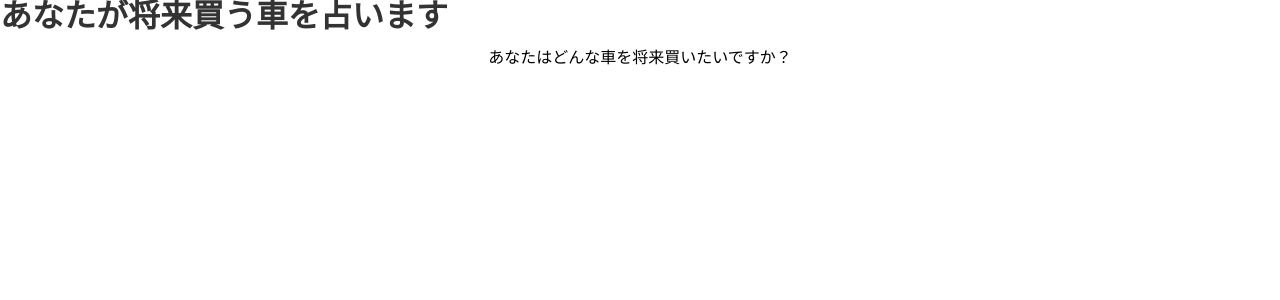
Repository: KustomApe/ksie
Page: 2021/am/index.html
These files come from the project's save history. The page is drawn as it stood at one moment and after a run of saves; the edit follows.
The browser window is 1280 px wide. The pictures show the whole page.

Above is the page before, as saved 2021-11-26 14:31:02.

After the next 2 saves:
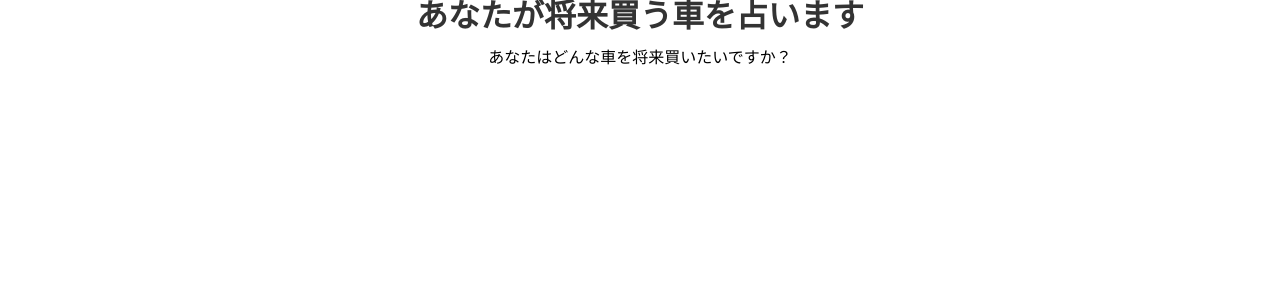
The 2 saves are shown as one change because they came seconds apart.
The last was saved 7 s later.
--- a/2021/am/assets/css/style.css
+++ b/2021/am/assets/css/style.css
@@ -9,9 +9,9 @@
     display: block;
     width: 100%;
     height: 50px;
-    margin-bottom: 0;
     color: #333;
     font-size: 2rem;
+    text-align: center;
 }
 
 p.guides {
